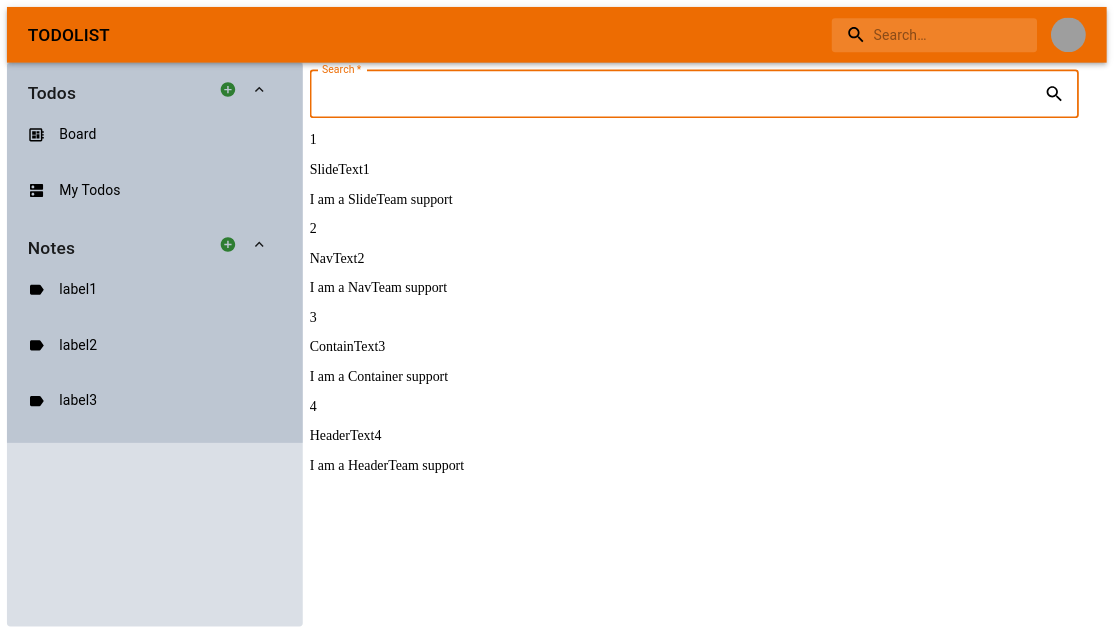
Repository: HrishrathTBS/Trackerbea
Page: / (app in client/)
The author's editor kept a copy of each file at every save. The page is drawn from the files as they stood at one save, then again after the next save.
The browser window is 1280 px wide. The pictures show the whole page, at 87% of full size.
Pictures or frames that could not be fetched are drawn as grey boxes. The project was rebuilt for these pictures with package versions that can differ from the ones it lists, and the page was loaded fresh each time. Also part of the build but not shown: client/src/components/TodoList.js, client/src/components/Board.js, client/src/components/ListOfBar.js, client/src/components/MyTodos.js, client/src/pages/Label/Label1.js, client/src/pages/Label/Label2.js, client/src/pages/Label/Label3.js.

Above is the page before, as saved 2022-03-10 17:05:10.

After the next save:
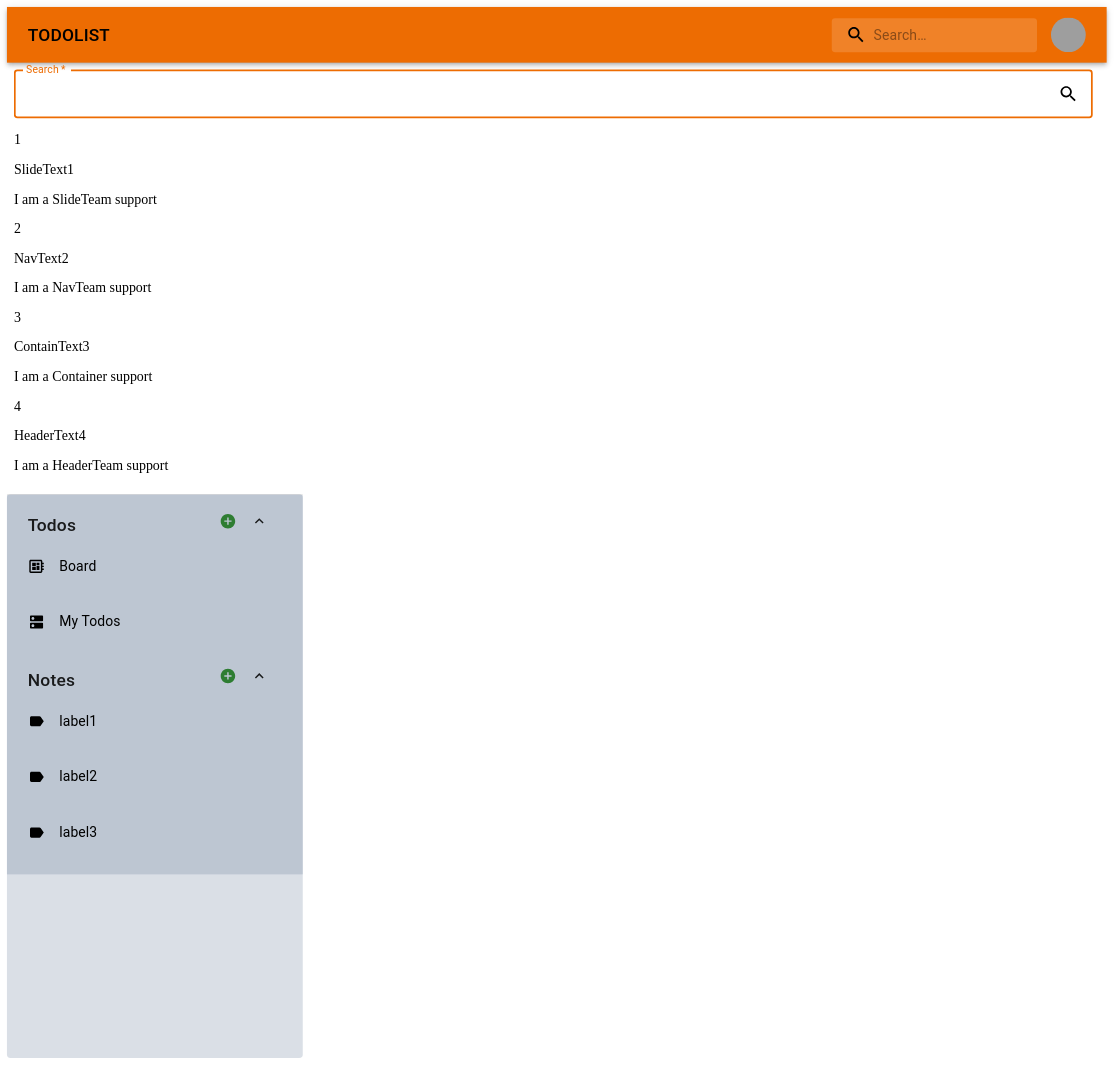
Saved 20 s later.
--- a/client/src/components/Layout.js
+++ b/client/src/components/Layout.js
@@ -8,9 +8,9 @@ const Layout = () => {
   return (
     <>
       <Header />
+      <Filter />
       <div style={{ display: 'flex' }}>
         <SideBar />
-        <Filter />
         {<Outlet />}
       </div>
     </>
